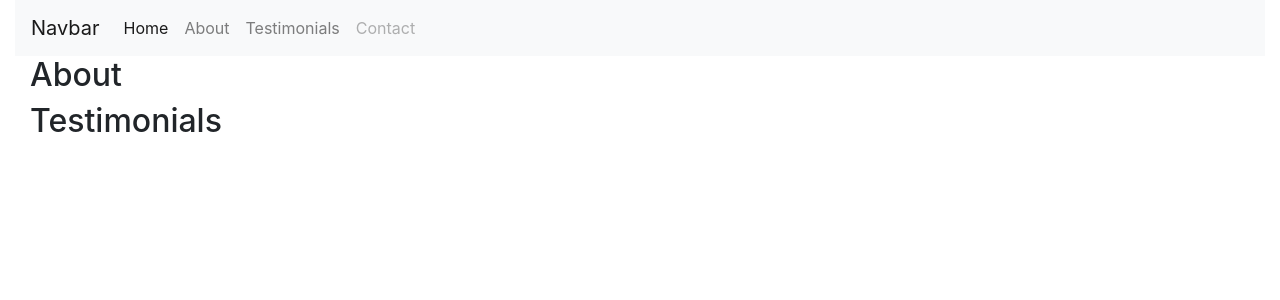
Repository: Leo-Cullen/first-milestone-project
Page: index.html
The author's editor kept a record of every edit. The page is drawn from the files as they stood at one moment, then again after the next edit.
The browser window is 1280 px wide. The pictures show the whole page.

Above is the page before.

### index.html
<!DOCTYPE html>
<html lang="en">

<head>
  <meta charset="UTF-8">
  <meta name="viewport" content="width=device-width, initial-scale=1.0">
  <meta http-equiv="X-UA-Compatible" content="ie=edge">
  <link rel="stylesheet" href="https://stackpath.bootstrapcdn.com/bootstrap/4.3.1/css/bootstrap.min.css" integrity="sha384-ggOyR0iXCbMQv3Xipma34MD+dH/1fQ784/j6cY/iJTQUOhcWr7x9JvoRxT2MZw1T" crossorigin="anonymous">

  <title>Coyne | Surveying and setting out services</title>
</head>

<body>
  <div class="container-fluid">
    <nav class="navbar navbar-expand-lg navbar-light bg-light">
      <a class="navbar-brand" href="#">Navbar</a>
      <button class="navbar-toggler" type="button" data-toggle="collapse" data-target="#navbarNav" aria-controls="navbarNav" aria-expanded="false" aria-label="Toggle navigation">
    <span class="navbar-toggler-icon"></span>
  </button>
      <div class="collapse navbar-collapse" id="navbarNav">
        <ul class="navbar-nav">
          <li class="nav-item active">
            <a class="nav-link" href="#">Home <span class="sr-only">(current)</span></a>
          </li>
          <li class="nav-item">
            <a class="nav-link" href="#">About</a>
          </li>
          <li class="nav-item">
            <a class="nav-link" href="#">Testimonials</a>
          </li>
          <li class="nav-item">
            <a class="nav-link disabled" href="#" tabindex="-1" aria-disabled="true">Contact</a>
          </li>
        </ul>
      </div>
    </nav>

    <article class="container-fluid">
      <section class="about">
        <h2>About</h2>
      </section>

      <section class="testimonials">
        <h2>Testimonials</h2>
      </section>

      <section class="contact">

      </section>
    </article>

  </div>



  <script src="https://code.jquery.com/jquery-3.3.1.slim.min.js" integrity="sha384-q8i/X+965DzO0rT7abK41JStQIAqVgRVzpbzo5smXKp4YfRvH+8abtTE1Pi6jizo" crossorigin="anonymous"></script>
  <script src="https://cdnjs.cloudflare.com/ajax/libs/popper.js/1.14.7/umd/popper.min.js" integrity="sha384-UO2eT0CpHqdSJQ6hJty5KVphtPhzWj9WO1clHTMGa3JDZwrnQq4sF86dIHNDz0W1" crossorigin="anonymous"></script>
  <script src="https://stackpath.bootstrapcdn.com/bootstrap/4.3.1/js/bootstrap.min.js" integrity="sha384-JjSmVgyd0p3pXB1rRibZUAYoIIy6OrQ6VrjIEaFf/nJGzIxFDsf4x0xIM+B07jRM" crossorigin="anonymous"></script>
</body>

</html>

After the next edit:
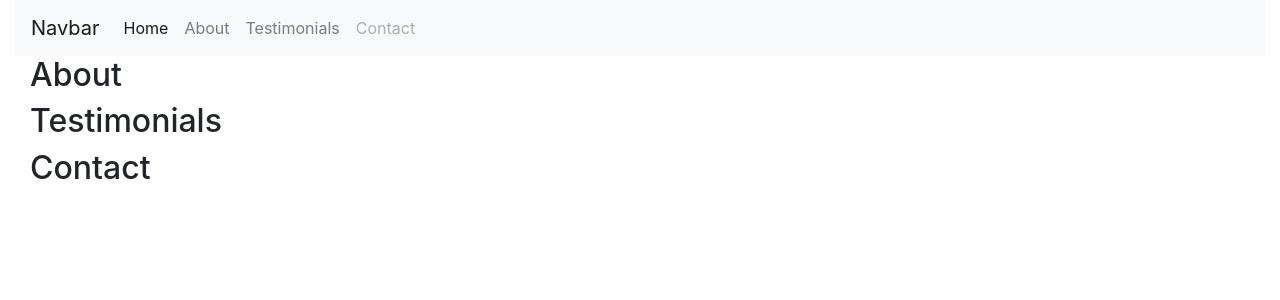
The edit:
--- a/index.html
+++ b/index.html
@@ -45,7 +45,7 @@
       </section>
 
       <section class="contact">
-
+        <h2>Contact</h2>
       </section>
     </article>
 
